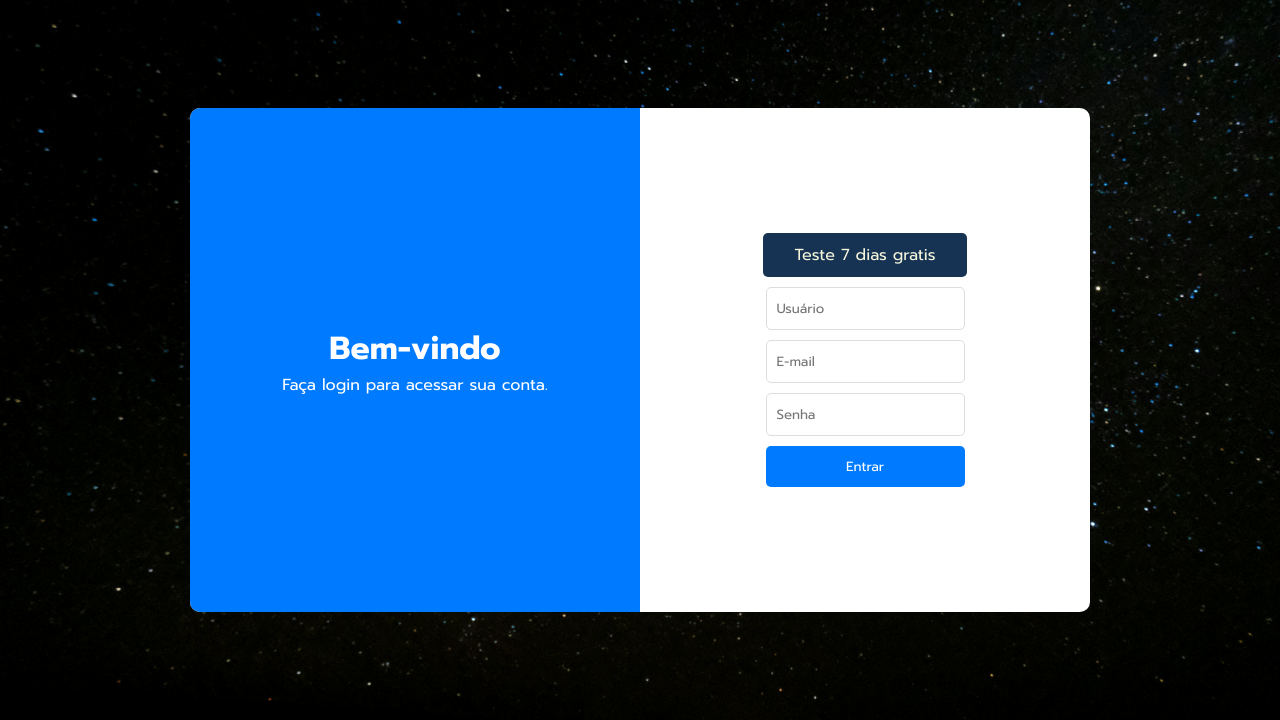
Repository: joao-paulo-paiva/tela-login
Page: index.html
These files come from the project's save history. The page is drawn as it stood at one moment and after a run of saves; the edit follows.
The browser window is 1280 px wide. The pictures show the whole page.

Above is the page before, as saved 2025-04-16 08:42:51.

### index.html
<!DOCTYPE html>
<html lang="pt-br">
<head>
    <meta charset="UTF-8">
    <meta name="viewport" content="width=device-width, initial-scale=1.0">
    <title>Tela de Login</title>
    <link rel="stylesheet" href="style.css">
    <link rel="preconnect" href="https://fonts.googleapis.com">
    <link rel="preconnect" href="https://fonts.gstatic.com" crossorigin>
    <link href="https://fonts.googleapis.com/css2?family=DM+Sans:ital,opsz,wght@0,9..40,100..1000;1,9..40,100..1000&family=Montserrat:ital,wght@0,100..900;1,100..900&family=Prompt:ital,wght@0,100;0,200;0,300;0,400;0,500;0,600;0,700;0,800;0,900;1,100;1,200;1,300;1,400;1,500;1,600;1,700;1,800;1,900&display=swap" rel="stylesheet">
</head>
<body>
    <div class="container">
        <div class="esquerda">
            <h1>Bem-vindo</h1>
            <p class="">Faça login para acessar sua conta.</p>
        </div>
        <div class="direita">
            <a href="#" class="teste-gratis"><p>Teste 7 dias gratis</p></a>
            <form action="#" method="POST">
                <input type="text" placeholder="Usuário" required>
                <input type="email" placeholder="E-mail" required>
                <input type="password" placeholder="Senha" required>
                <button type="submit">Entrar</button>

            </form>
        </div>
    </div>
</body>
</html>

### style.css
* {
    margin: 0;
    padding: 0;
    box-sizing: border-box;
    font-family: "Prompt", sans-serif;
}

body {
    display: flex;
    justify-content: center;
    align-items: center;
    height: 100vh;
    background-image: url(./imagens/pexels-francesco-ungaro-998641.jpg);
    background-size: cover;
    background-position: center;
    background-repeat: no-repeat;
}

.container {
    display: flex;
    height: 70%;
    width: 80%;
    max-width: 900px;
    background: white;
    border-radius: 10px;
    overflow: hidden;
}

.esquerda, .direita {
    width: 50%;
    padding: 40px;
}

.esquerda {
    background-color: #007bff;
    color: white;
    display: flex;
    flex-direction: column;
    justify-content: center;
    align-items: center;
}

.direita {
    display: flex;
    flex-direction: column;
    justify-content: center;
    align-items: center;
}

input {
    display: block;
    width: 100%;
    padding: 10px;
    margin: 10px 0;
    border: 1px solid #ddd;
    border-radius: 5px;
}
input:focus {
    outline: none;
    border-color: #007bff;
    box-shadow: 0 0 5px rgba(0, 123, 255, 0.5);
}

.teste-gratis {
    display: flex;
    justify-content: center; /* Centraliza horizontalmente */
    align-items: center; /* Centraliza verticalmente */
    width: 55%;
    padding: 10px;
    background-color: #163353;
    text-decoration: none;
    color: beige;
    border-radius: 5px;
    text-align: center; /* Garante que o texto esteja centralizado dentro do bloco */
}

button {
    width: 100%;
    padding: 10px;
    background-color: #007bff;
    color: white;
    border: none;
    border-radius: 5px;
    cursor: pointer;
}

After the next 2 saves:
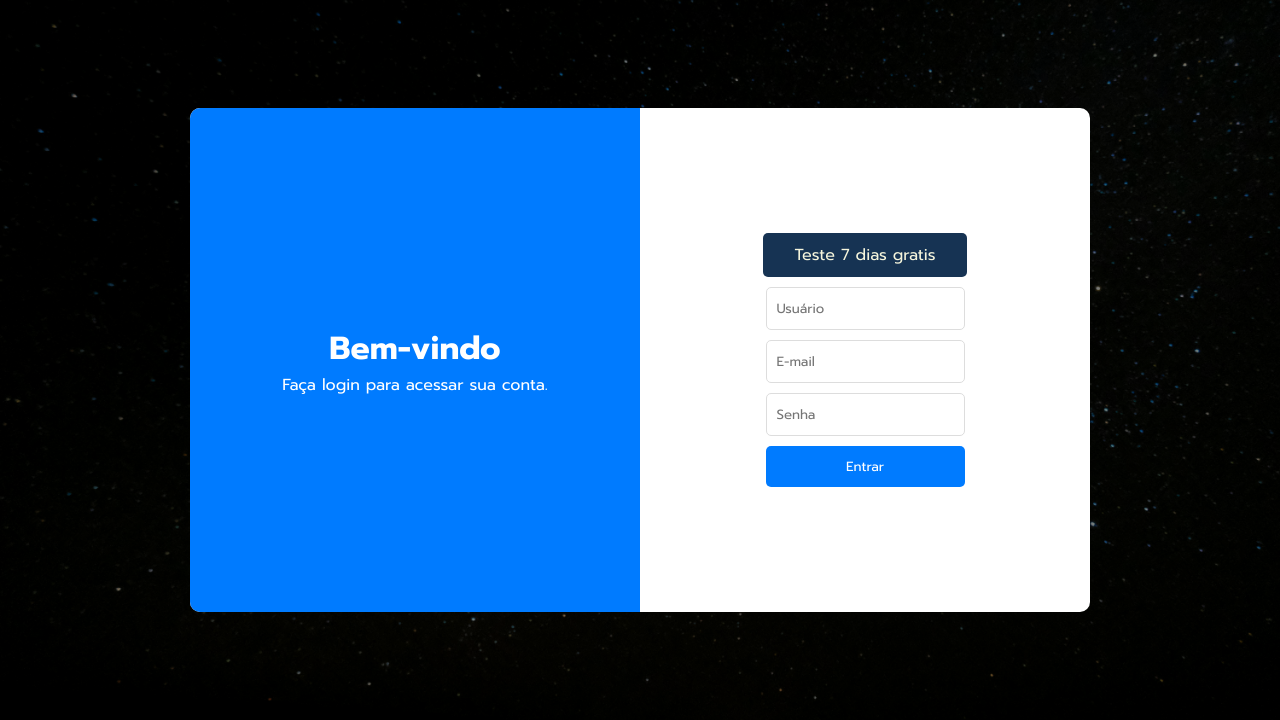
The 2 saves are shown as one change because they came seconds apart.
The last was saved 6 min 10 s later.
--- a/style.css
+++ b/style.css
@@ -14,6 +14,16 @@ body {
     background-size: cover;
     background-position: center;
     background-repeat: no-repeat;
+}
+body::before {
+    content: "";
+    position: absolute;
+    top: 0;
+    left: 0;
+    width: 100%;
+    height: 100%;
+    background-color: rgba(0, 0, 0, 0.5); /* Ajuste o último valor para mudar a opacidade */
+    z-index: -1;
 }
 
 .container {
